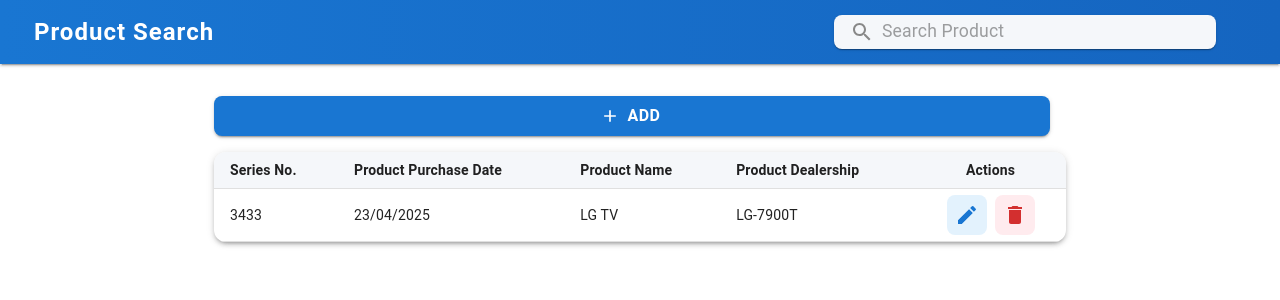
Repository: Sharathguru/Product_Task
Page: / (app in Frontend/)
An editor plug-in stored every save of this project. The page is shown before and after the next save, followed by the edit.
The browser window is 1280 px wide. The pictures show the whole page.
The project was rebuilt for these pictures with package versions that can differ from the ones it lists, and the page was loaded fresh each time. Requests to the local data server were answered from the project's data file. Also part of the build but not shown: Frontend/vite.config.js, Frontend/src/index.css, Frontend/src/Pages/product.js, Frontend/src/Pages/Insert.jsx, Frontend/src/Pages/Update.jsx, Frontend/src/Pages/Delete.jsx.

Above is the page before, as saved 2025-06-13 16:31:13.

After the next save:
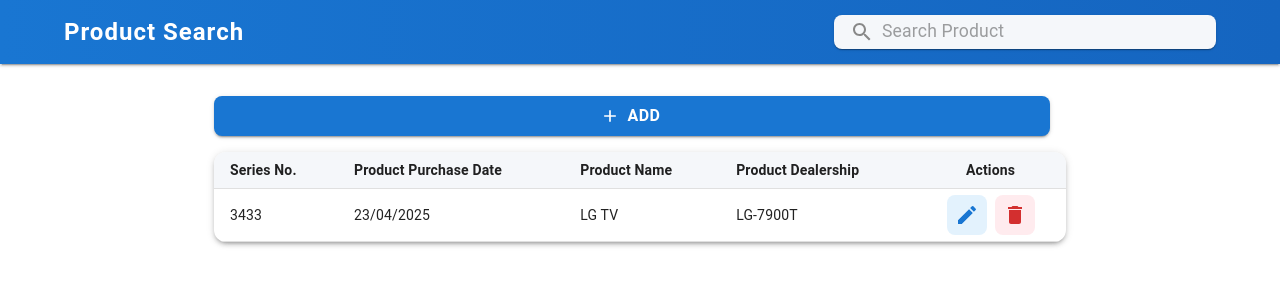
Saved 7 s later.
--- a/Frontend/src/Components/Navbar.jsx
+++ b/Frontend/src/Components/Navbar.jsx
@@ -38,7 +38,7 @@ const Navbar = ({ search, setSearch }) => {
               display: "flex",
               alignItems: "center",
               position: "relative",
-              right:"30px",
+              right:"0px",
               justifyContent: isMobile ? "center" : "flex-start",
               width: isMobile ? "100%" : "auto",
               mb: isMobile ? 1 : 0,
